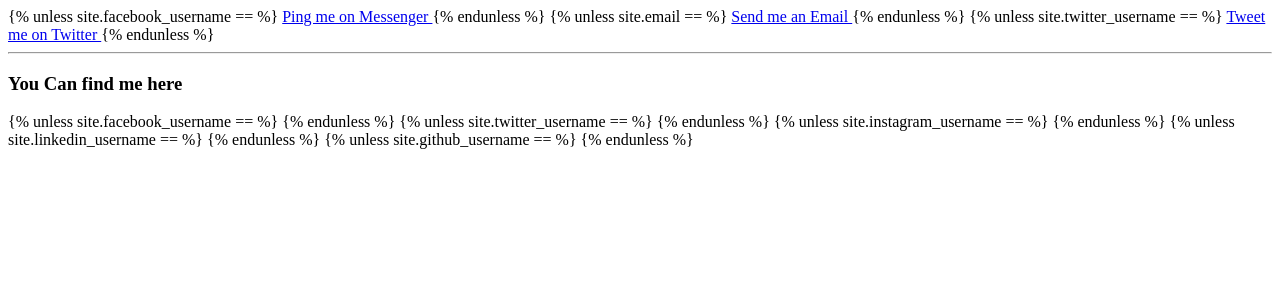
Repository: suprimregmi/suprimregmi.github.io
Page: _includes/contact.html
The author's editor kept a copy of each file at every save. The page is drawn from the files as they stood at one save, then again after the next save.
The browser window is 1280 px wide. The pictures show the whole page.

Above is the page before, as saved 2023-11-28 19:18:39.

After the next save:
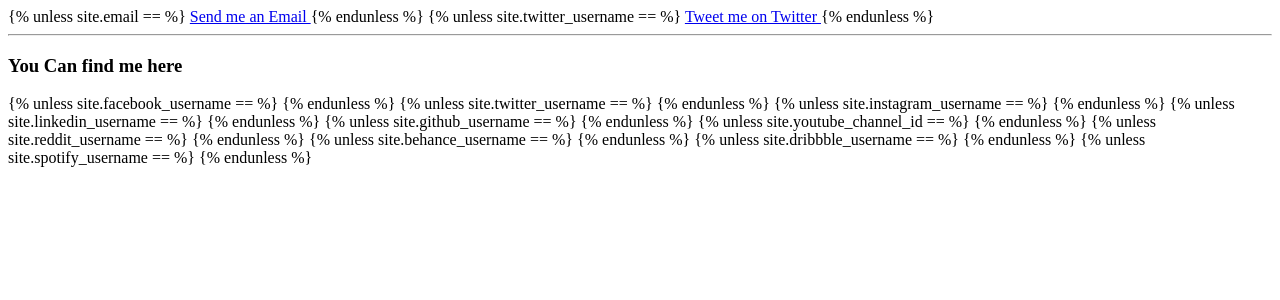
Saved 19 h 26 min later.
--- a/_includes/contact.html
+++ b/_includes/contact.html
@@ -1,13 +1,13 @@
 <section class="hero is-fullheight has-text-centered" id="contact">
     <div class="hero-body">
         <div class="container">
-            {% unless site.facebook_username == %}
+            <!-- {% unless site.facebook_username == %}
             <a id="contact-button" href="https://m.me/{{site.facebook_username}}"
                 class="button is-rounded is-uppercase has-text-weight-normal is-black is-outlined has-text-weight-semibold column is-two-fifths"
                 target="_blank">
                 <i class="fab fa-facebook-messenger"></i>Ping me on Messenger
             </a>
-            {% endunless %}
+            {% endunless %} -->
             {% unless site.email == %}
             <a id="contact-button" href="mailto:{{site.email}}"
                 class="button is-rounded is-uppercase has-text-weight-normal is-black is-outlined has-text-weight-semibold column is-two-fifths"
@@ -42,7 +42,7 @@
                 {% unless site.github_username ==  %}
                 <a href="http://www.github.com/{{site.github_username}}" target="_blank" class="has-text-black"><i class="fab fa-github"></i></a>
                 {% endunless %}
-                <!-- {% unless site.youtube_channel_id ==  %}
+                {% unless site.youtube_channel_id ==  %}
                 <a href="http://www.youtube.com/channel/{{site.youtube_channel_id}}" target="_blank" class="has-text-black"><i class="fab fa-youtube"></i></a>
                 {% endunless %}
                 {% unless site.reddit_username ==  %}
@@ -56,7 +56,7 @@
                 {% endunless %}
                 {% unless site.spotify_username ==  %}
                 <a href="http://open.spotify.com/user/{{site.spotify_username}}" target="_blank" class="has-text-black"><i class="fab fa-spotify"></i></a>
-                {% endunless %} -->
+                {% endunless %}
             </div>
         </div>
     </div>
